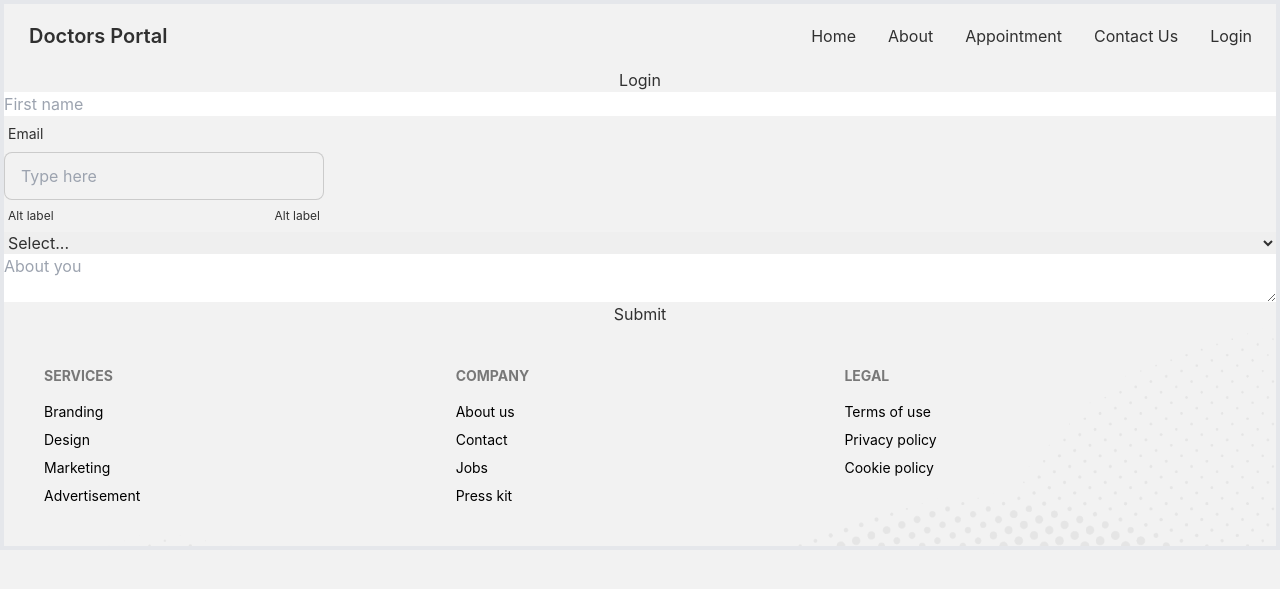
Repository: Samad77/Doctorportal-Client
Page: /login
These files come from the project's save history. The page is drawn as it stood at one moment and after the next save; the edit follows.
The browser window is 1280 px wide. The pictures show the whole page.
The project was rebuilt for these pictures with package versions that can differ from the ones it lists, and the page was loaded fresh each time. Also part of the build but not shown: src/Pages/Appointment/BookingModal/BookingModal.js, src/Pages/Appointment/AppoinmentCard/AppoinmentCard.js, src/Pages/Appointment/AppointmentBanner/AppointmentBanner.js, src/Pages/Appointment/AvailavleAppoinment/AvailableAppoinment.js, src/Pages/Appointment/Appoinment/Appoinment.js, src/Components/PrimaryButton/PrimaryButton.js, src/Pages/Home/Banner/Banner.js, src/Pages/Home/Cards/Cards.js and 5 more.

Above is the page before, as saved 2022-11-15 10:50:11.

After the next save:
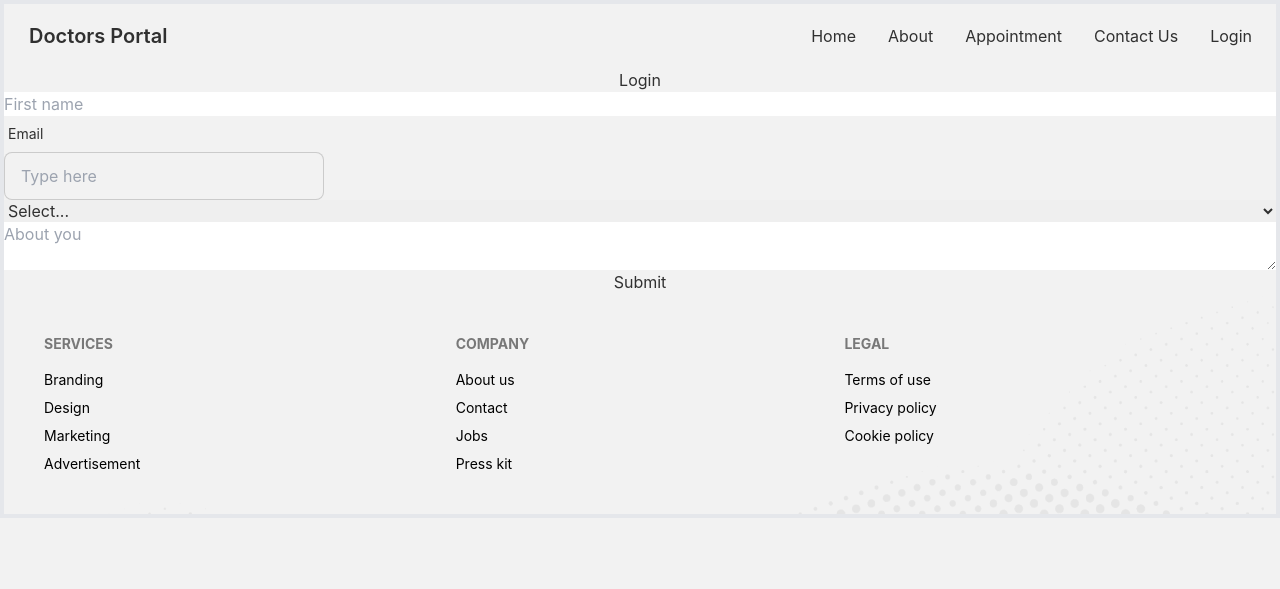
Saved 8 s later.
--- a/src/Pages/Login/Login.js
+++ b/src/Pages/Login/Login.js
@@ -15,10 +15,7 @@ const Login = () => {
                         <span className="label-text">Email</span>
                     </label>
                     <input type="text" placeholder="Type here" className="input input-bordered w-full max-w-xs" />
-                    <label className="label">
-                        <span className="label-text-alt">Alt label</span>
-                        <span className="label-text-alt">Alt label</span>
-                    </label>
+
                 </div>
                 <select {...register("category", { required: true })}>
                     <option value="">Select...</option>
